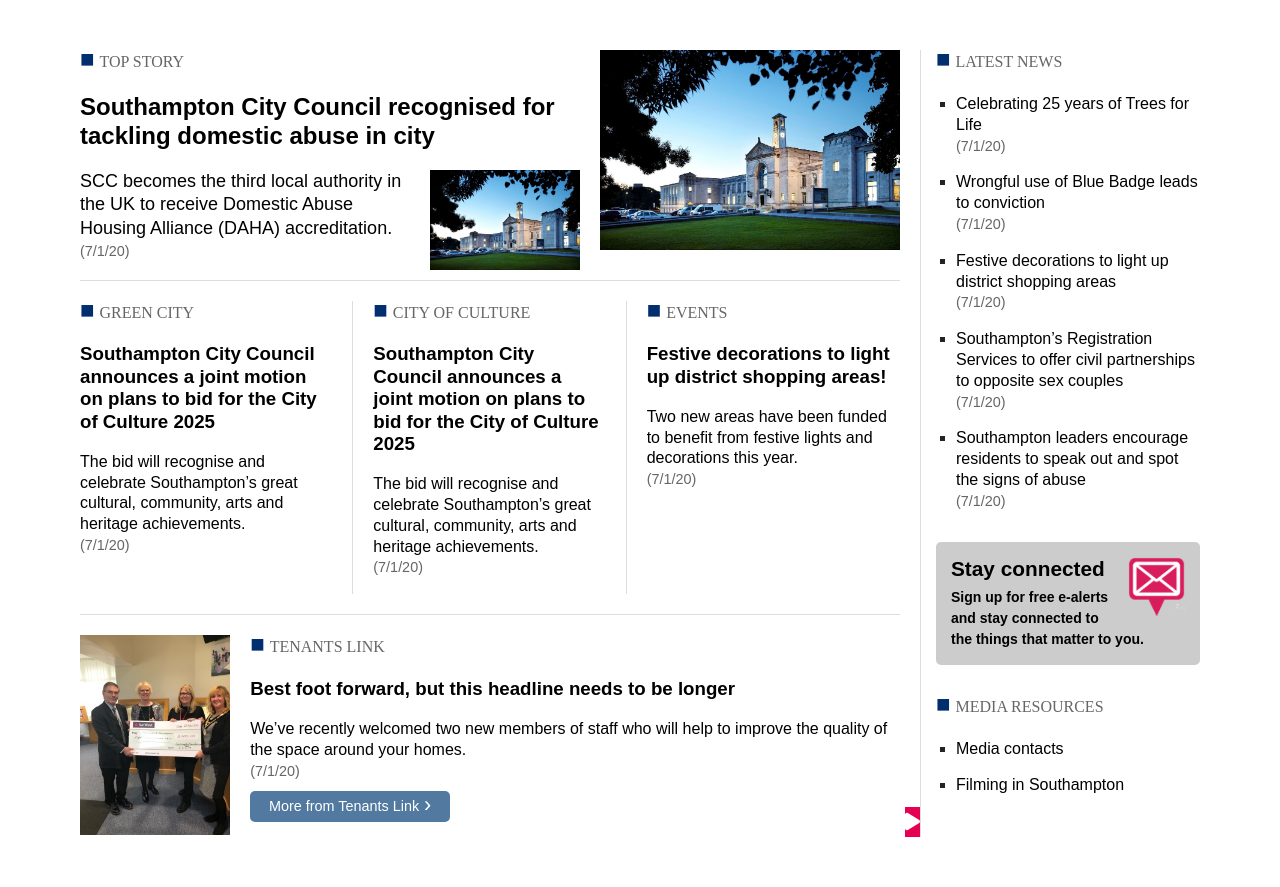
Repository: Domehead123/newspage
Page: index8.html
The author's editor kept a record of every edit. The page is drawn from the files as they stood at one moment, then again after the next edit.
The browser window is 1280 px wide. The pictures show the whole page.
Some web libraries are served in a nearby version.

Above is the page before.

After the next edit:
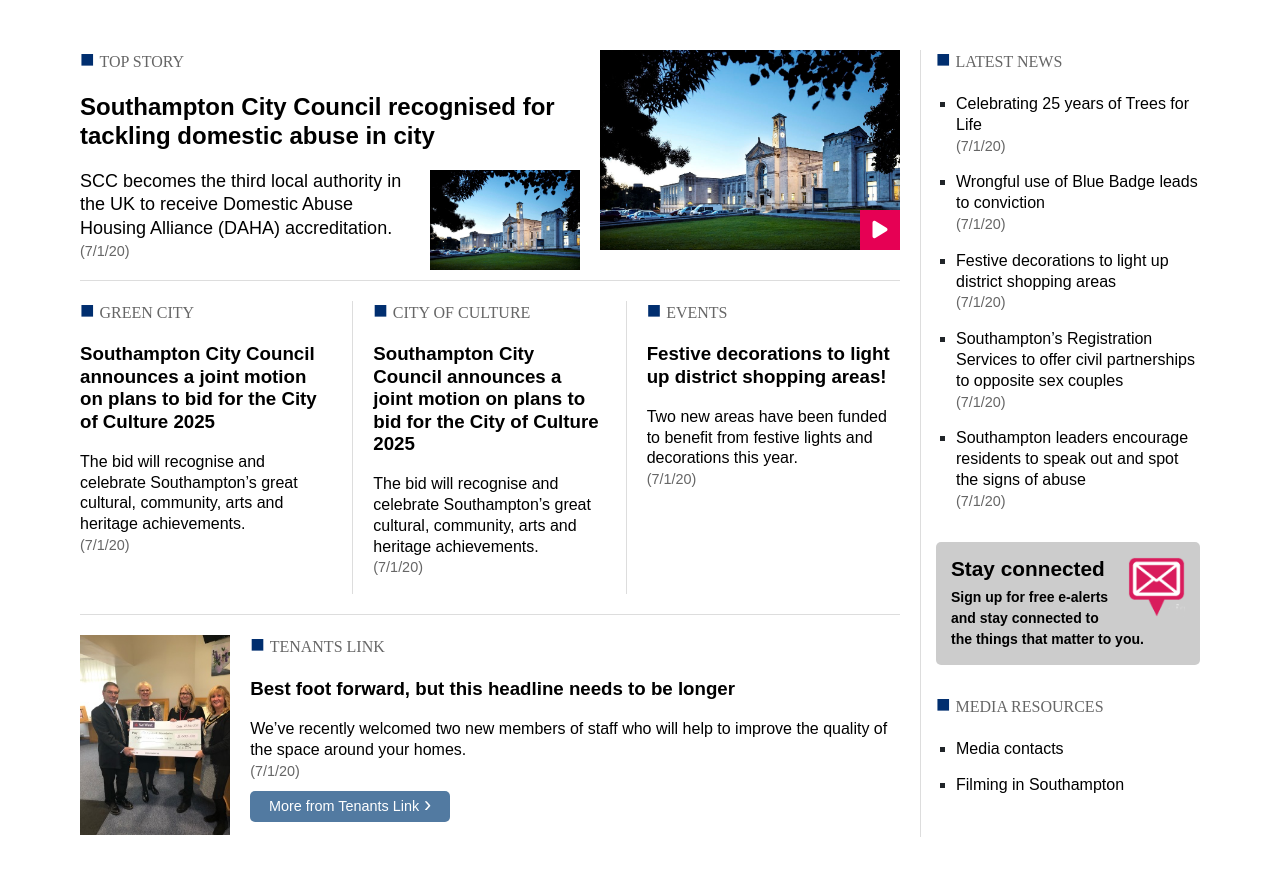
The edit:
--- a/index8.html
+++ b/index8.html
@@ -17,7 +17,7 @@
         <div class="row">
             <div class="col-md-9 col-sm-12 news-main">
                 <div class="row">
-                    <div class="top-story"> <a href="#"><img class="top-large-pic" src="images/civic-centre-2.jpg"><span class="play"><i class="fas fa-play"></i></span></a>
+                    <div class="top-story"> <a href="#"><span class="large-image-wrapper"><img class="top-large-pic" src="images/civic-centre-2.jpg"><span class="play"><i class="fas fa-play"></i></span></span></a>
                         <div class="subject-header">TOP STORY</div>
                         <h2><a href="#">
 Southampton City Council recognised for tackling domestic abuse in city</a></h2>
